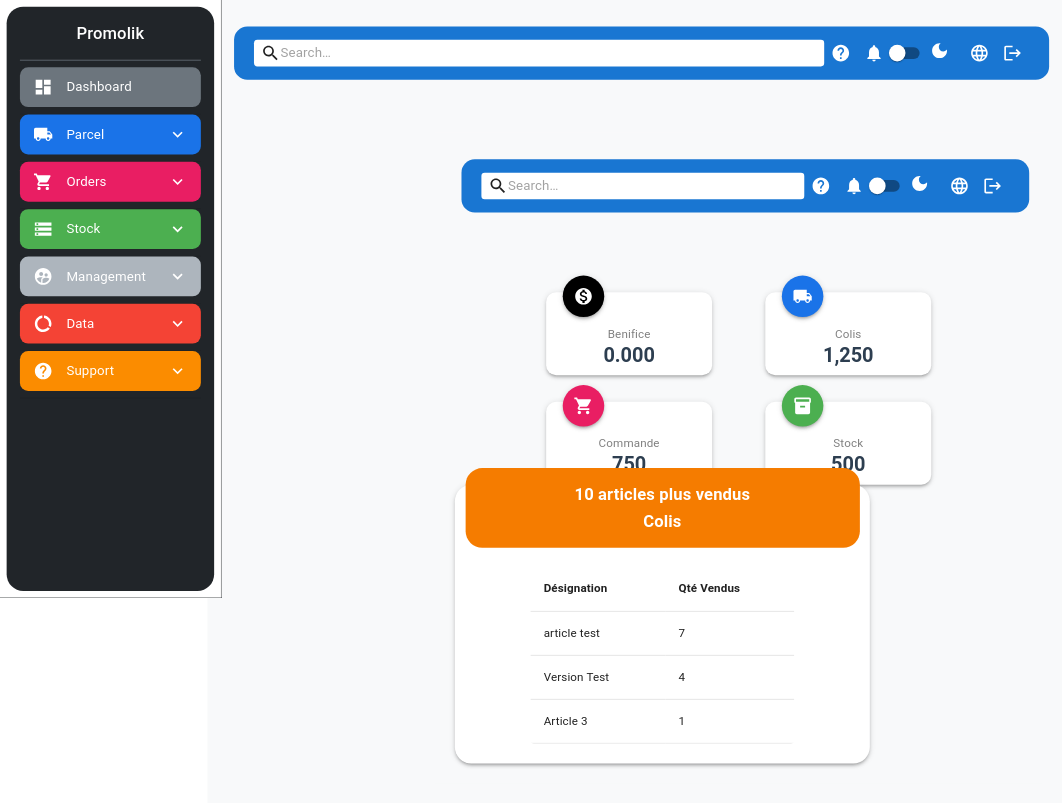
Repository: yosrjdly/stk
Page: /dashboard (app in dashboard/)
An editor plug-in stored every save of this project. The page is shown before and after a run of saves, followed by the edit.
The browser window is 1280 px wide. The pictures show the whole page, at 83% of full size.
The project was rebuilt for these pictures with package versions that can differ from the ones it lists, and the page was loaded fresh each time. The framework's server and built-in components were replaced by stand-ins that run in the browser. Also part of the build but not shown: dashboard/next.config.ts.

Above is the page before, as saved 2025-02-14 18:39:49.

### dashboard/src/app/dashboard/Layout.tsx
"use client";

import { Box, CssBaseline, Toolbar } from "@mui/material";
import Sidebar from "../../componenets/sidebar/SideBar";
import Navbar from "../../componenets/navbar/Navbar"; // Assuming you have a Navbar component
import { ReactNode } from "react";

interface LayoutProps {
  children: ReactNode;
}

export default function Layout({ children }: LayoutProps) {
  return (
    <Box sx={{ display: "flex" }}>
      <CssBaseline />

      {/* Sidebar (Permanent) */}
      <Sidebar />

      {/* Main Content Area */}
      <Box
        component="main"
        sx={{

          flexGrow: 1,
          p: 3,
          width: `calc(100% - 250px)`, // Adjusting main content width to fit sidebar
          backgroundColor: "#f8f9fa",
          minHeight: "100vh",
        }}
      >
        {/* Navbar */}
        <Navbar />

        {/* Page Content */}
        <Toolbar /> {/* Keeps content from being hidden behind Navbar */}
        {children}
      </Box>
    </Box>
  );
}

### dashboard/src/app/dashboard/page.tsx
import DashboardStats from "@/componenets/cards/smallCard/StatisticCard";
import Layout from "../dashboard/Layout";
import TopSellingCard from "@/componenets/cards/mediumCard/TopSellingCard";

export default function DashboardHome() {
  return (
    <Layout>
    <DashboardStats/>
    <TopSellingCard/>

    </Layout>
  );
}

### dashboard/src/componenets/sidebar/SideBar.tsx
"use client";

import { useState } from "react";
import { useRouter, usePathname } from "next/navigation";
import {
  Drawer,
  List,
  ListItemButton,
  ListItemText,
  Collapse,
  Divider,
  Typography,
  Box,
  IconButton,
} from "@mui/material";
import { ExpandLess, ExpandMore, Brightness4, Brightness7 } from "@mui/icons-material";
import DashboardIcon from '@mui/icons-material/Dashboard';
import LocalShippingIcon from '@mui/icons-material/LocalShipping';
import ShoppingCartIcon from '@mui/icons-material/ShoppingCart';
import StorageIcon from '@mui/icons-material/Storage';
import SupervisedUserCircleIcon from '@mui/icons-material/SupervisedUserCircle';
import DataUsageIcon from '@mui/icons-material/DataUsage';
import HelpIcon from '@mui/icons-material/Help';

const menuItems = [
  {
    title: "Dashboard",
    path: "/dashboard",
    color: "#6c757d",
    icon: <DashboardIcon />,
  },
  {
    title: "Parcel",
    subItems: [
      { title: "Exchange List", path: "/dashboard/parcel/exchangeList" },
      { title: "Exchange Return", path: "/dashboard/parcel/exchangeReturn" },
      { title: "Exchange Creation", path: "/dashboard/parcel/exchangeCreation" },
      { title: "Package Creation", path: "/dashboard/parcel/packageCreation" },
      { title: "Package Edit", path: "/dashboard/parcel/packageEdit" },
      { title: "Package List", path: "/dashboard/parcel/packageList" },
      { title: "Parcel Return", path: "/dashboard/parcel/parcelReturn" },
    ],
    color: "#1a73e8",
    icon: <LocalShippingIcon />,
  },
  {
    title: "Orders",
    subItems: [
      { title: "Cash Sale", path: "/dashboard/orders/cashSale" },
      { title: "Orders", path: "/dashboard/orders/orders" },
    ],
    color: "#e91e63",
    icon: <ShoppingCartIcon />,
  },
  {
    title: "Stock",
    subItems: [
      { title: "Add Article", path: "/dashboard/stock/addArticle" },
      { title: "Entred Stock", path: "/dashboard/stock/entredStock" },
      { title: "Notification", path: "/dashboard/stock/notification" },
      { title: "Stock", path: "/dashboard/stock/stock" },
    ],
    color: "#4caf50",
    icon: <StorageIcon />,
  },
  {
    title: "Management",
    subItems: [
      { title: "Delivery Company", path: "/manegement/deliveryCompany" },
      { title: "Profile", path: "/dashboard/management/profile" },
      { title: "Profit", path: "/dashboard/management/profit" },
      { title: "Spending", path: "/dashboard/management/spending" },
      { title: "User", path: "/dashboard/management/user" },
    ],
    color: "#adb5bd",
    icon: <SupervisedUserCircleIcon />,
  },
  {
    title: "Data",
    subItems: [
      { title: "Archived Parcel", path: "/dashboard/data/archivedParcel" },
      { title: "Command Deleted", path: "/dashboard/data/commandDeleted" },
      { title: "Deleted Parcel", path: "/dashboard/data/deletedParcel" },
      { title: "Inventory Removed", path: "/dashboard/data/inventoryRemoved" },
    ],
    color: "#f44335",
    icon: <DataUsageIcon />,
  },
  {
    title: "Support",
    subItems: [
      { title: "About Us", path: "/dashboard/support/aboutUs" },
      { title: "Claims", path: "/dashboard/support/claims" },
      { title: "User Guide", path: "/dashboard/support/userGuide" },
    ],
    color: "#fb8c00",
    icon: <HelpIcon />,
  },
];

export default function Sidebar() {
  const router = useRouter();
  const pathname = usePathname();
  const [openSections, setOpenSections] = useState<Record<string, boolean>>({});

  const toggleSection = (title: string) => {
    setOpenSections((prev) => ({
      ...prev,
      [title]: !prev[title],
    }));
  };

  return (
    <Drawer variant="permanent" sx={{ width: 250, flexShrink: 0, marginTop: 2 }}>
      <Box sx={{ height: "100%", width: 250, padding: 2, backgroundColor: "#212529", borderRadius: 5, margin: 1 }}>
        <Typography variant="h6" sx={{ color: "white", textAlign: "center", mb: 2 }}>
          Promolik
        </Typography>
        <Divider sx={{ backgroundColor: "#6c757d" }} />
        <List>
          {menuItems.map((item, index) => {
            const isParentActive = item.subItems?.some((subItem) => pathname === subItem.path);

            return (
              <div key={index}>
                {item.subItems ? (
                  <>
                    <ListItemButton
                      sx={{
                        backgroundColor: item.color,
                        borderRadius: "10px",
                        marginBottom: 1,
                        color: "white",
                      }}
                      onClick={() => toggleSection(item.title)}
                    >
                      {item.icon}
                      <ListItemText primary={item.title} sx={{ ml: 2 }} />
                      {openSections[item.title] ? <ExpandLess /> : <ExpandMore />}
                    </ListItemButton>
                    <Collapse in={openSections[item.title]} timeout="auto" unmountOnExit>
                      <List component="div" disablePadding>
                        {item.subItems.map((subItem, subIndex) => (
                          <ListItemButton
                            key={subIndex}
                            sx={{
                              pl: 4,
                              backgroundColor: pathname === subItem.path ? item.color : "transparent",
                              borderRadius: pathname === subItem.path ? "10px" : "0px",
                              marginBottom: 1,
                              color: pathname === subItem.path ? "white" : "#ccc",
                            }}
                            onClick={() => router.push(subItem.path)}
                          >
                            <ListItemText primary={subItem.title} />
                          </ListItemButton>
                        ))}
                      </List>
                    </Collapse>
                  </>
                ) : (
                  <ListItemButton
                    sx={{
                      backgroundColor: pathname === item.path ? item.color : "transparent",
                      borderRadius: pathname === item.path ? "10px" : "0px",
                      marginBottom: 1,
                      color: pathname === item.path ? "white" : "#ccc",
                    }}
                    onClick={() => router.push(item.path)}
                  >
                    {item.icon}
                    <ListItemText primary={item.title} sx={{ ml: 2 }} />
                  </ListItemButton>
                )}
                <Divider />
              </div>
            );
          })}
        </List>
      </Box>
    </Drawer>
  );
}

### dashboard/src/componenets/navbar/Navbar.tsx
'use client';

import React, { useState } from 'react';
import { AppBar, Toolbar, IconButton, InputBase, Menu, MenuItem, Switch, FormControlLabel } from '@mui/material';
import { Search as SearchIcon, Help as HelpIcon, Notifications as NotificationsIcon, Language as LanguageIcon, Logout as LogoutIcon, DarkMode as DarkModeIcon } from '@mui/icons-material';
import { useTheme } from '@mui/material/styles';

const Navbar = () => {
  const [anchorEl, setAnchorEl] = useState(null);
  const [themeMode, setThemeMode] = useState(false); // Dark mode state

  const theme = useTheme();

  const handleMenuOpen = (event) => {
    setAnchorEl(event.currentTarget);
  };

  const handleMenuClose = () => {
    setAnchorEl(null);
  };

  const toggleTheme = () => {
    setThemeMode((prev) => !prev);
    // You can add a theme switcher logic here (like changing the theme color)
  };

  return (
    <AppBar
      position="sticky"
      sx={{
        mx: 1,
        mt: 1,
        borderRadius: '16px',
        boxShadow: 'none',
        backdropFilter: 'blur(10ppx',
        zIndex: 1200,
      }}
    >
      <Toolbar>
        {/* Search Bar */}
        <InputBase
          placeholder="Search…"
          startAdornment={<SearchIcon />}
          sx={{ flexGrow: 1, backgroundColor: theme.palette.background.default, borderRadius: '4px', paddingLeft: '8px' }}
        />

        {/* Help Icon */}
        <IconButton color="inherit" onClick={handleMenuOpen}>
          <HelpIcon />
        </IconButton>

        {/* Notifications Icon */}
        <IconButton color="inherit">
          <NotificationsIcon />
        </IconButton>

        {/* Theme Switch */}
        <FormControlLabel
          control={<Switch checked={themeMode} onChange={toggleTheme} />}
          label={<DarkModeIcon />}
        />

        {/* Language Icon */}
        <IconButton color="inherit">
          <LanguageIcon />
        </IconButton>

        {/* Logout Icon */}
        <IconButton color="inherit">
          <LogoutIcon />
        </IconButton>
      </Toolbar>

      {/* Help Icon Menu */}
      <Menu
        anchorEl={anchorEl}
        open={Boolean(anchorEl)}
        onClose={handleMenuClose}
      >
        <MenuItem onClick={handleMenuClose}>Help Center</MenuItem>
        <MenuItem onClick={handleMenuClose}>Contact Support</MenuItem>
      </Menu>
    </AppBar>
  );
};

export default Navbar;

### dashboard/src/componenets/cards/smallCard/StatisticCard.tsx
'use client';

import React from 'react';
import { Card, CardContent, Typography, Box } from '@mui/material';
import MonetizationOnIcon from '@mui/icons-material/MonetizationOn';
import LocalShippingIcon from '@mui/icons-material/LocalShipping';
import ShoppingCartIcon from '@mui/icons-material/ShoppingCart';
import InventoryIcon from '@mui/icons-material/Inventory';

const StatisticCard = ({
  title,
  value,
  icon,
  bgColor,
}: {
  title: string;
  value: string;
  icon: React.ReactNode;
  bgColor: string;
}) => {
  return (
    <Box sx={{ position: 'relative', display: 'inline-block', mx: 2 }}>
      {/* Floating Icon */}
      <Box
        sx={{
          position: 'absolute',
          top: -20,
          left: 20,
          width: 50,
          height: 50,
          borderRadius: '50%',
          backgroundColor: bgColor,
          display: 'flex',
          alignItems: 'center',
          justifyContent: 'center',
          boxShadow: 3,
        }}
      >
        {icon}
      </Box>

      {/* Card */}
      <Card
        sx={{
          width: 200,
          height: 100,
          borderRadius: 3,
          textAlign: 'center',
          boxShadow: 3,
          backgroundColor: 'white',
          pt: 3,
        }}
      >
        <CardContent>
          <Typography variant="body2" sx={{ color: 'gray' }}>
            {title}
          </Typography>
          <Typography variant="h5" sx={{ fontWeight: 'bold', color: '#2D3E50' }}>
            {value}
          </Typography>
        </CardContent>
      </Card>
    </Box>
  );
};

const DashboardStats = () => {
  const stats = [
    { title: 'Benifice', value: '0.000', icon: <MonetizationOnIcon sx={{ color: 'white' }} />, bgColor: 'black' },
    { title: 'Colis', value: '1,250', icon: <LocalShippingIcon sx={{ color: 'white' }} />, bgColor: '#1a73e8' },
    { title: 'Commande', value: '750', icon: <ShoppingCartIcon sx={{ color: 'white' }} />, bgColor: '#e91e63' },
    { title: 'Stock', value: '500', icon: <InventoryIcon sx={{ color: 'white' }} />, bgColor: '#4caf50' },
  ];

  return (
    <Box display="flex" justifyContent="center" gap={4} flexWrap="wrap" mt={4}>
      {stats.map((stat, index) => (
        <StatisticCard key={index} title={stat.title} value={stat.value} icon={stat.icon} bgColor={stat.bgColor} />
      ))}
    </Box>
  );
};

export default DashboardStats;

### dashboard/src/componenets/cards/mediumCard/TopSellingCard.tsx
"use client";

import { Card, CardContent, Typography, Table, TableBody, TableCell, TableContainer, TableHead, TableRow, Paper, Box } from "@mui/material";

const data = [
  { name: "article test", quantity: 7 },
  { name: "Version Test", quantity: 4 },
  { name: "Article 3", quantity: 1 },
];

const TopSellingCard = () => {
  return (
    <Card sx={{ width: 500, borderRadius: 5, boxShadow: 3, overflow: "visible", display: "flex", flexDirection: "column", alignItems: "center", justifyContent: "center", position: "relative" }}>
      <CardContent sx={{ backgroundColor: "#f57c00", color: "white", textAlign: "center", padding: 2, width: 475, position: "absolute", top: -20,borderRadius: 5 }}>
        <Typography variant="h6" fontWeight="bold">
          10 articles plus vendus
        </Typography>
        <Typography variant="h6" fontWeight="bold">
          Colis
        </Typography>
      </CardContent>
      <CardContent sx={{ width: 350, marginTop: 10 }}>
        <TableContainer component={Paper} elevation={0} sx={{ boxShadow: "none" }}>
          <Table>
            <TableHead>
              <TableRow>
                <TableCell sx={{ fontWeight: "bold" }}>Désignation</TableCell>
                <TableCell sx={{ fontWeight: "bold" }}>Qté Vendus</TableCell>
              </TableRow>
            </TableHead>
            <TableBody>
              {data.map((item, index) => (
                <TableRow key={index}>
                  <TableCell>{item.name}</TableCell>
                  <TableCell>{item.quantity}</TableCell>
                </TableRow>
              ))}
            </TableBody>
          </Table>
        </TableContainer>
      </CardContent>
    </Card>
  );
};

export default TopSellingCard;

### dashboard/src/componenets/Charts/Chart.tsx
"use client";

import { Card, CardContent, Typography } from "@mui/material";
import { LineChart, Line, XAxis, YAxis, CartesianGrid, Tooltip, ResponsiveContainer } from "recharts";

const data = [
  { date: "27/1", value: 4 },
  { date: "5/2", value: 1 },
  { date: "10/2", value: 4 },
];

const Chart = () => {
  return (
    <Card sx={{ width: "100%", borderRadius: 2, boxShadow: 3, padding: 2 }}>
      <Typography variant="h6" fontWeight="bold" sx={{ marginBottom: 2 }}>
        Tendances des colis par jour
      </Typography>
      <ResponsiveContainer width="100%" height={300}>
        <LineChart data={data}>
          <CartesianGrid strokeDasharray="3 3" />
          <XAxis dataKey="date" />
          <YAxis domain={[1, 4]} />
          <Tooltip />
          <Line type="monotone" dataKey="value" stroke="#3b82f6" strokeWidth={3} />
        </LineChart>
      </ResponsiveContainer>
    </Card>
  );
};

export default Chart;

Loaded but not shown: dashboard/src/app/layout.tsx (common file); dashboard/src/app/globals.css (common file)

After the next 8 saves:
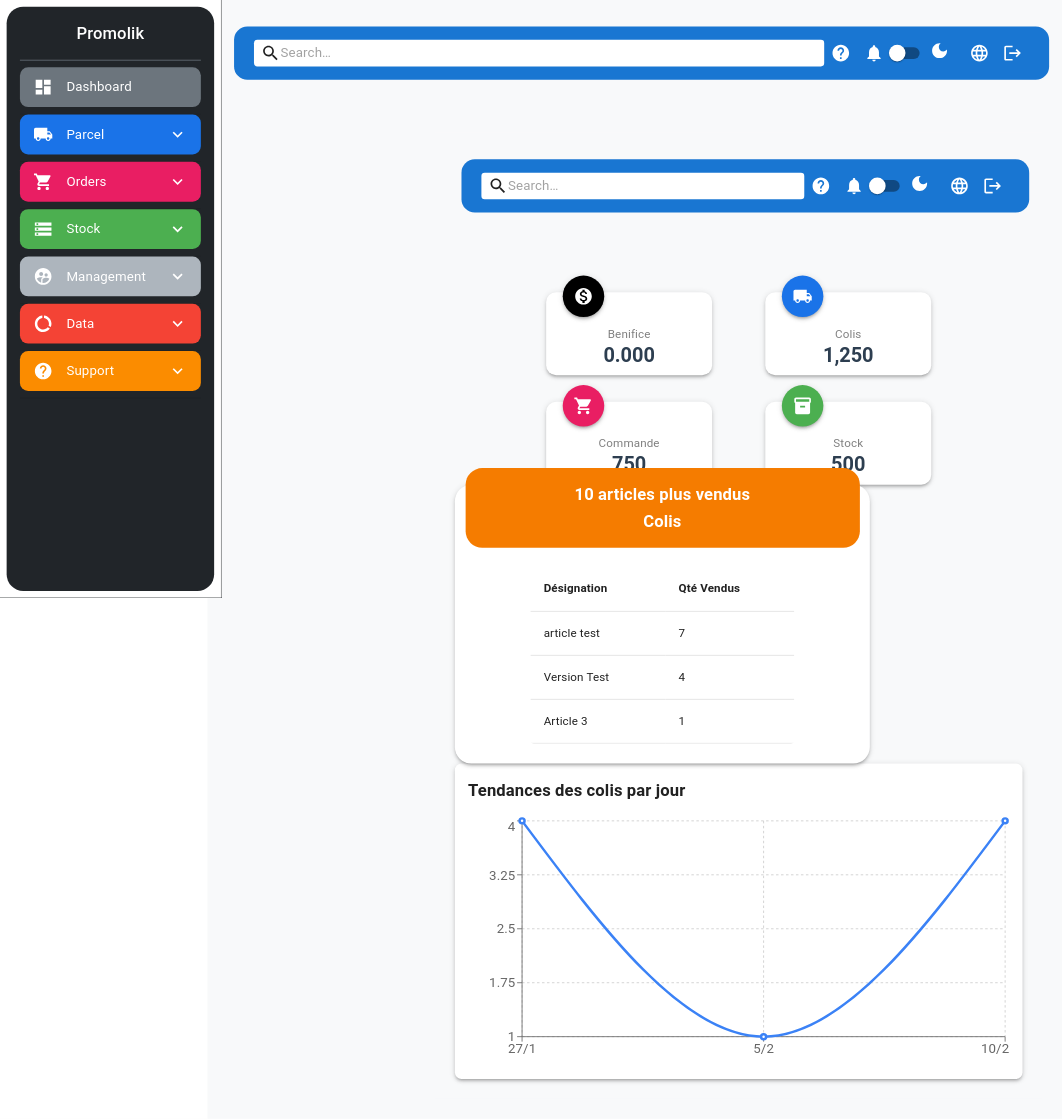
The 8 saves are shown as one change because 2 did not build or start and some came seconds apart.
The last was saved 82 s later.
--- a/dashboard/src/app/dashboard/page.tsx
+++ b/dashboard/src/app/dashboard/page.tsx
@@ -1,12 +1,14 @@
 import DashboardStats from "@/componenets/cards/smallCard/StatisticCard";
 import Layout from "../dashboard/Layout";
 import TopSellingCard from "@/componenets/cards/mediumCard/TopSellingCard";
+import Chart from "@/componenets/Charts/Chart";
 
 export default function DashboardHome() {
   return (
     <Layout>
     <DashboardStats/>
     <TopSellingCard/>
+    <Chart/>
 
     </Layout>
   );
